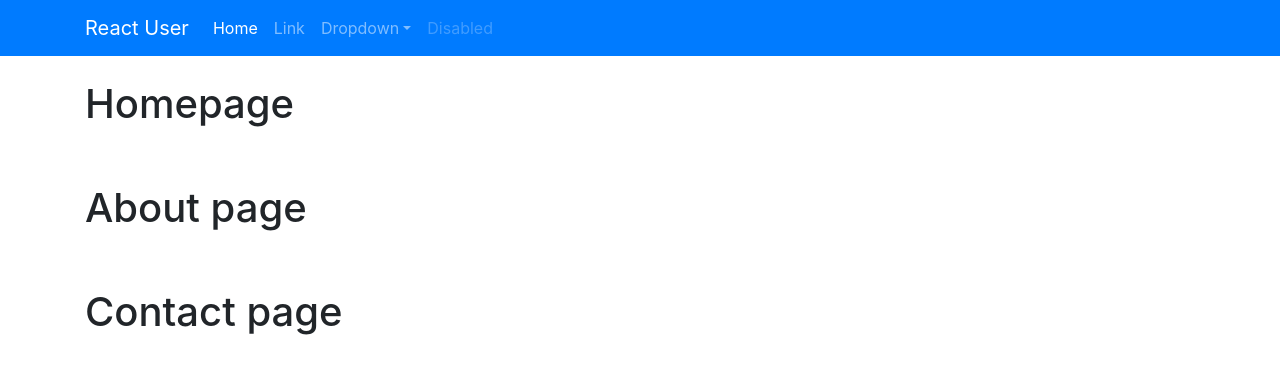
Repository: hardik2626/reactcrud2020
Page: /
The author's editor kept a copy of each file at every save. The page is drawn from the files as they stood at one save, then again after a run of saves.
The browser window is 1280 px wide. The pictures show the whole page.
The project was rebuilt for these pictures with package versions that can differ from the ones it lists, and the page was loaded fresh each time. Also part of the build but not shown: src/index.css, src/App.css.

Above is the page before, as saved 2020-10-28 17:45:47.

### src/App.js

import './App.css';
import '../node_modules/bootstrap/dist/css/bootstrap.css'
import Home from './component/pages/Home';
import About from './component/pages/About';
import Contact from './component/pages/Contact';
import Navbar from './component/layout/Navbar';

function App() {
  return (
    <div className="App">
    <Navbar />
      <Home />
      <About />
      <Contact />
    </div>
  );
}

export default App;

### src/component/pages/Home.js
import React from 'react'

const Home = () => {
    return (
        <>
            <div className="container">
                <div className="py-4">
                    <h1>Homepage</h1>
                </div>
            </div>
        </>
    )
}

export default Home

### src/component/pages/About.js
import React from 'react'

const About = () => {
    return (
        <>
            <div className="container">
                <div className="py-4">
                    <h1>About page</h1>
                </div>
            </div>
        </>
    )
}

export default About

### src/component/pages/Contact.js
import React from 'react'

const Contact = () => {
    return (
        <>
            <div className="container">
                <div className="py-4">
                    <h1>Contact page</h1>
                </div>
            </div>
        </>
    )
}

export default Contact

### src/component/layout/Navbar.js
import React from 'react'

const Navbar = () => {
    return (
        <>
            <nav class="navbar navbar-expand-lg navbar-dark  bg-primary">
                <div className="container">
                <a class="navbar-brand" href="#">React User</a>
                    <button class="navbar-toggler" type="button" data-toggle="collapse" data-target="#navbarSupportedContent" aria-controls="navbarSupportedContent" aria-expanded="false" aria-label="Toggle navigation">
                        <span class="navbar-toggler-icon"></span>
                    </button>

                    <div class="collapse navbar-collapse">
                        <ul class="navbar-nav mr-auto">
                        <li class="nav-item active">
                            <a class="nav-link" href="#">Home</a>
                        </li>
                        <li class="nav-item">
                            <a class="nav-link" href="#">Link</a>
                        </li>
                        <li class="nav-item dropdown">
                            <a class="nav-link dropdown-toggle" href="#" id="navbarDropdown" role="button" data-toggle="dropdown" aria-haspopup="true" aria-expanded="false">
                            Dropdown
                            </a>
                            <div class="dropdown-menu" aria-labelledby="navbarDropdown">
                            <a class="dropdown-item" href="#">Action</a>
                            <a class="dropdown-item" href="#">Another action</a>
                            <div class="dropdown-divider"></div>
                            <a class="dropdown-item" href="#">Something else here</a>
                            </div>
                        </li>
                        <li class="nav-item">
                            <a class="nav-link disabled" href="#">Disabled</a>
                        </li>
                        </ul>
                    </div>
                </div>
            </nav>
        </>
    )
}

export default Navbar

Loaded but not shown: public/index.html (common file); src/index.js (common file)

After the next 4 saves:
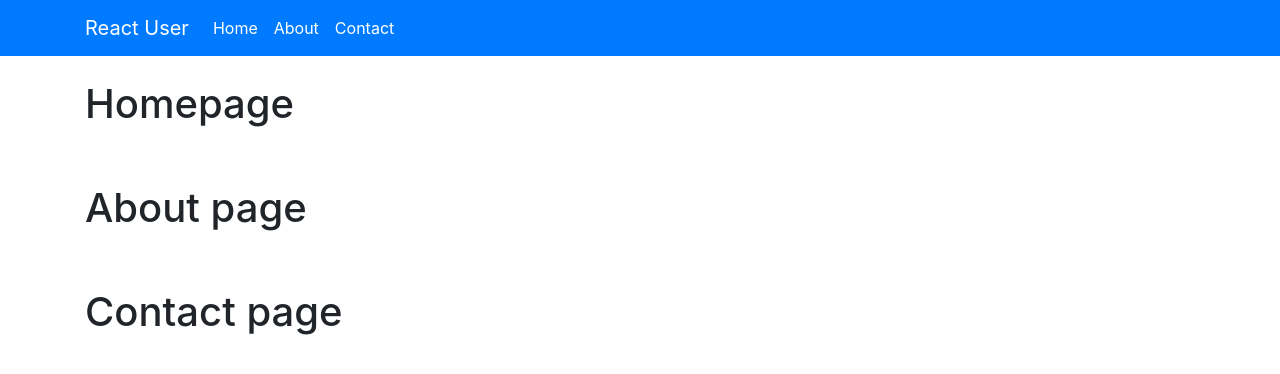
The 4 saves are shown as one change because 3 did not build or start.
The last was saved 6 min 31 s later.
--- a/src/App.js
+++ b/src/App.js
@@ -5,15 +5,18 @@ import Home from './component/pages/Home';
 import About from './component/pages/About';
 import Contact from './component/pages/Contact';
 import Navbar from './component/layout/Navbar';
+import {BrowserRouter as Router, Route, Switch} from 'react-router-dom'
 
 function App() {
   return (
-    <div className="App">
-    <Navbar />
-      <Home />
-      <About />
-      <Contact />
+    <Router>
+      <div className="App">
+        <Navbar />
+        <Home />
+        <About />
+        <Contact />
     </div>
+    </Router>
   );
 }
 
--- a/src/component/layout/Navbar.js
+++ b/src/component/layout/Navbar.js
@@ -1,37 +1,30 @@
 import React from 'react'
+import { NavLink } from 'react-router-dom'
 
 const Navbar = () => {
     return (
         <>
-            <nav class="navbar navbar-expand-lg navbar-dark  bg-primary">
+            <nav className="navbar navbar-expand-lg navbar-dark  bg-primary">
                 <div className="container">
-                <a class="navbar-brand" href="#">React User</a>
-                    <button class="navbar-toggler" type="button" data-toggle="collapse" data-target="#navbarSupportedContent" aria-controls="navbarSupportedContent" aria-expanded="false" aria-label="Toggle navigation">
-                        <span class="navbar-toggler-icon"></span>
+                <NavLink className="navbar-brand" to="/">React User</NavLink>
+                    <button className="navbar-toggler" type="button" data-toggle="collapse" data-target="#navbarSupportedContent" aria-controls="navbarSupportedContent" aria-expanded="false" aria-label="Toggle navigation">
+                        <span className="navbar-toggler-icon"></span>
                     </button>
 
-                    <div class="collapse navbar-collapse">
-                        <ul class="navbar-nav mr-auto">
-                        <li class="nav-item active">
-                            <a class="nav-link" href="#">Home</a>
+                    <div className="collapse navbar-collapse">
+                        <ul className="navbar-nav mr-auto">
+                        <li className="nav-item active">
+                            <NavLink className="nav-link" to="/">Home</NavLink>
                         </li>
-                        <li class="nav-item">
-                            <a class="nav-link" href="#">Link</a>
+                        <li className="nav-item">
+                            <NavLink className="nav-link" to="#">About</NavLink>
                         </li>
-                        <li class="nav-item dropdown">
-                            <a class="nav-link dropdown-toggle" href="#" id="navbarDropdown" role="button" data-toggle="dropdown" aria-haspopup="true" aria-expanded="false">
-                            Dropdown
-                            </a>
-                            <div class="dropdown-menu" aria-labelledby="navbarDropdown">
-                            <a class="dropdown-item" href="#">Action</a>
-                            <a class="dropdown-item" href="#">Another action</a>
-                            <div class="dropdown-divider"></div>
-                            <a class="dropdown-item" href="#">Something else here</a>
-                            </div>
+                        <li className="nav-item">
+                            <NavLink className="nav-link" to="#">Contact</NavLink>
                         </li>
-                        <li class="nav-item">
-                            <a class="nav-link disabled" href="#">Disabled</a>
-                        </li>
+
+
+
                         </ul>
                     </div>
                 </div>
